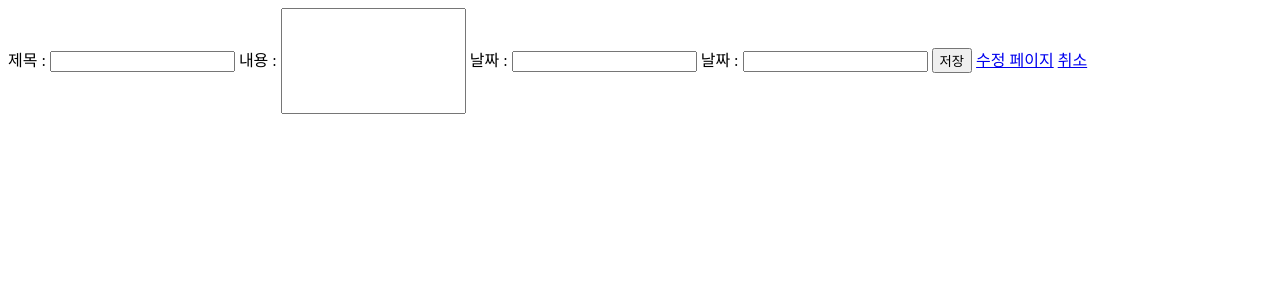
Repository: sandartchip/Board_v01
Page: http://localhost/firstjsp/write.jsp
These files come from the project's save history. The page is drawn as it stood at one moment and after the next save; the edit follows.
The browser window is 1280 px wide. The pictures show the whole page.
The page is served by Tomcat 9.

Above is the page before, as saved 2019-03-18 07:47:28.

### Board_v01/firstjsp/WebContent/write.jsp
<%@ page language= "java" contentType= "text/html; charset=utf-8" pageEncoding= "utf-8" %>

<!DOCTYPE html>
<html>
<head>
		<meta charset="UTF-8">
		<title>Insert title here</title>
</head>

<body>

<!--  서버단에서 출력 -->
	<form action="insert.jsp" method="post" onsubmit="return formCheck();">
	<!--  데이터들을 가진 form을 action에 지정된 페이지로 보냄 -->
	<!--  post는 많은 값 보낼 때. -->

	제목 : <input type="text" name="title">
	내용 : <input type="text" name="content" style="height:100px">
	날짜 : <input type="text" name="regDate">
	날짜 : <input type="text" name="modDate">

	<input type="submit" value = "저장"/>



	<a href="modify.jsp">수정 페이지</a>
	<a href="view.jsp"> 취소 </a> <!-- 취소 버튼 -->

	</form>

	<script>
		function formCheck(){

			//첫번째 form의 제목의 값
			var title = document.forms[0].title.value;
			var body = document.forms[0].body.value;
			var length = document.forms[0].length -1;

			if( title.length >80) {
				alert("제목의 길이가 너무 깁니다");
				return false;
			}

			for(var i=0;i<length;i++){
				if(document.forms[0][i].value == null || document.forms[0][i].value==""){
					alert(document.forms[0][i].name + "을 입력하세요.");
					document.forms[0][i].focus();
					return false;
				}
			}

		}

	</script>

</body>
</html>

After the next save:
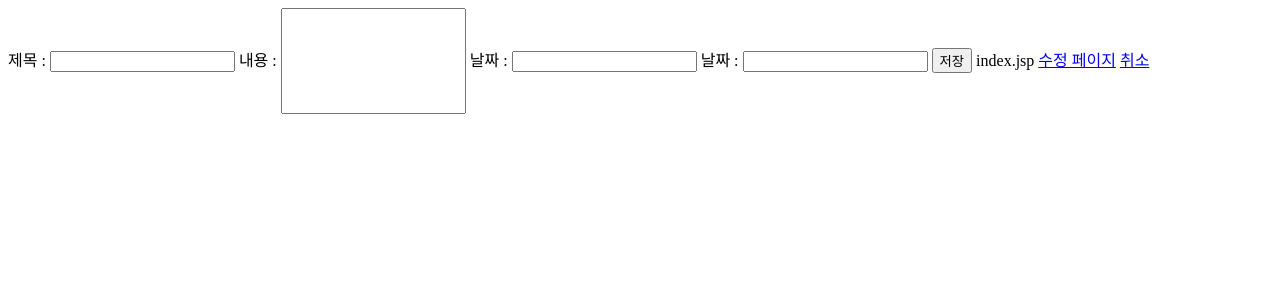
Saved 6 min 12 s later.
--- a/Board_v01/firstjsp/WebContent/write.jsp
+++ b/Board_v01/firstjsp/WebContent/write.jsp
@@ -20,11 +20,10 @@
 	날짜 : <input type="text" name="modDate">
 
 	<input type="submit" value = "저장"/>
-
-
+	index.jsp
 
 	<a href="modify.jsp">수정 페이지</a>
-	<a href="view.jsp"> 취소 </a> <!-- 취소 버튼 -->
+	<a href="view.jsp"> 취소 </a> <!-- 상세보기로 이동 -->
 
 	</form>
 
